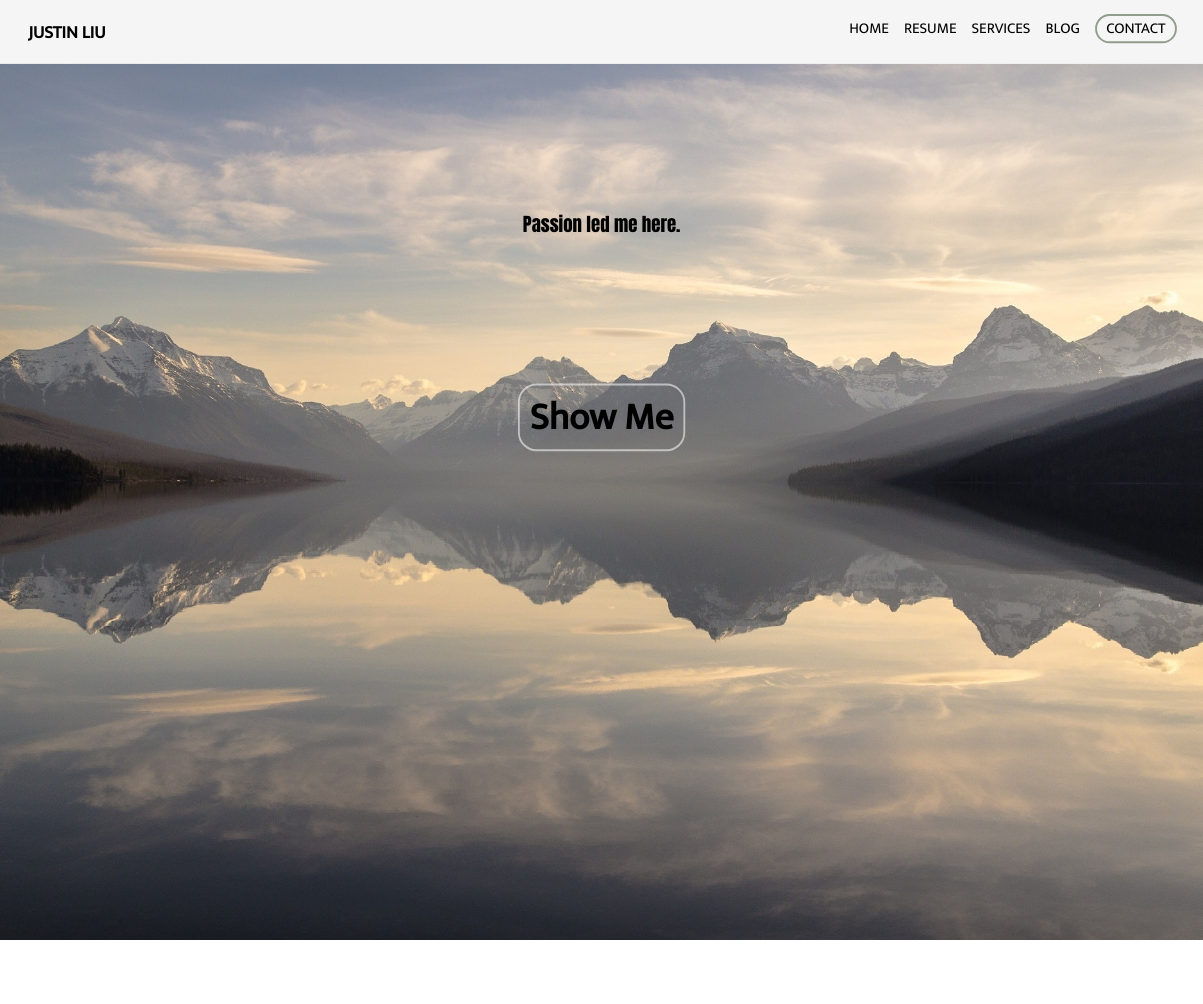
Repository: justinliu88/personal-projects
Page: index.html
These files come from the project's save history. The page is drawn as it stood at one moment and after the next save; the edit follows.
The browser window is 1280 px wide. The pictures show the whole page, at 94% of full size.
Some web libraries are served in a nearby version. The style sheet was rebuilt from its Sass, Less or Tailwind sources for each picture, by a compiler version that may differ from the author's.

Above is the page before, as saved 2020-03-17 11:51:50.

After the next save:
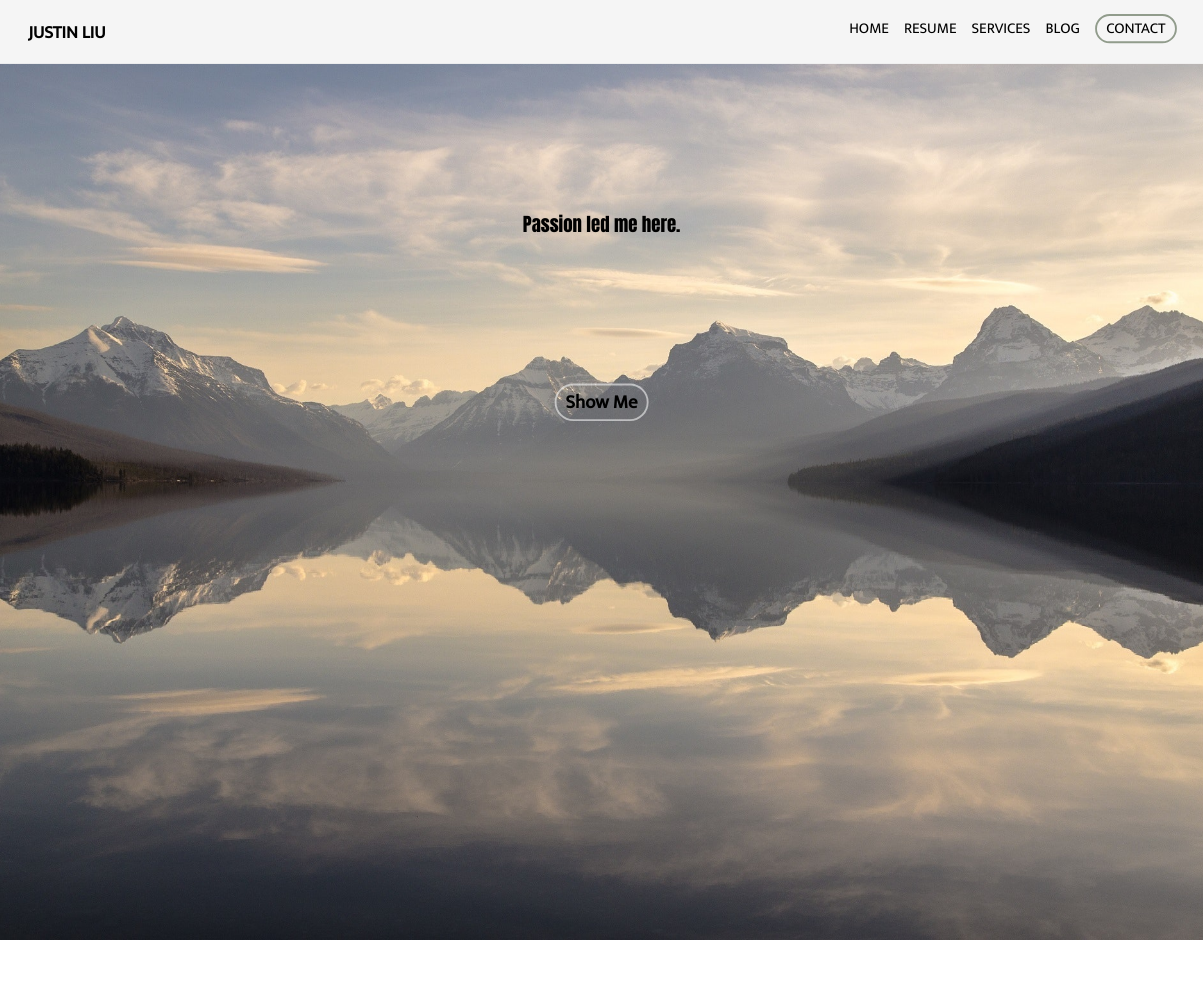
Saved 4 s later.
--- a/main.scss
+++ b/main.scss
@@ -72,7 +72,7 @@ body {
     }
     &__button button {
         font-family: Mukta;
-        font-size: 40px;
+        font-size: 20px;
         font-weight: bold;
         background-color: Transparent;
         background-repeat: no-repeat;
